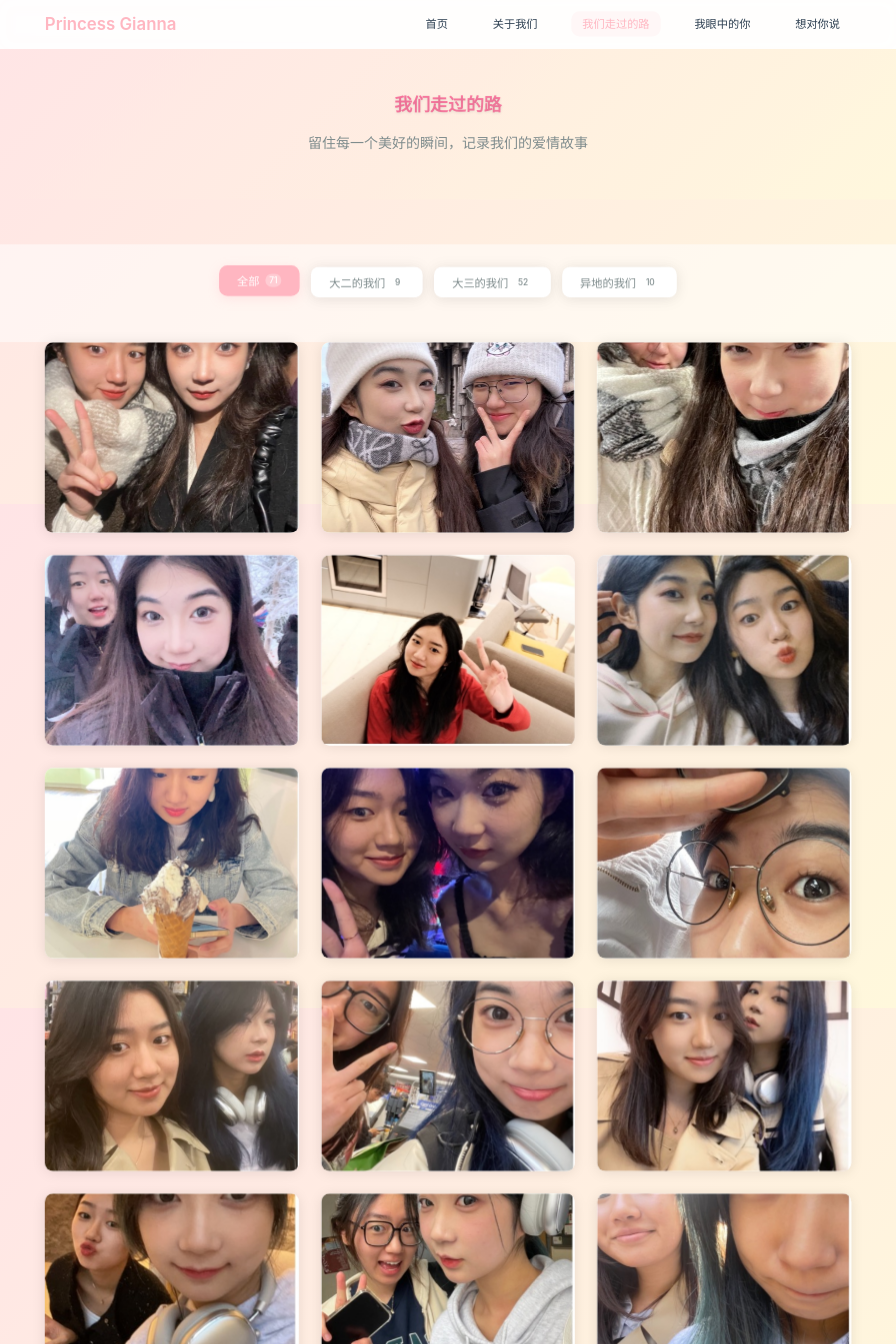
Repository: PrincessGianna/PrincessGianna.github.io
Page: pages/gallery.html
An editor plug-in stored every save of this project. The page is shown before and after the next save, followed by the edit.
The browser window is 1280 px wide. The pictures show the part of the page from y = 0 to 1920 px (the page is 7881 px tall), at 70% of full size.
Backgrounds fixed to the window are drawn as part of the page.

Above is the page before, as saved 2025-09-29 02:12:47.

### pages/gallery.html
<!DOCTYPE html>
<html lang="zh-CN">
  <head>
    <meta charset="UTF-8" />
    <meta name="viewport" content="width=device-width, initial-scale=1.0" />
    <title>我们走过的路 - 我们的故事</title>
    <link rel="stylesheet" href="../css/style.css" />
    <link rel="stylesheet" href="../css/components.css" />
    <link rel="stylesheet" href="../css/animations.css" />
  </head>
  <body>
    <!-- 顶部导航栏 -->
    <nav class="navbar">
      <div class="nav-container">
        <div class="nav-logo">
          <h3>Princess Gianna</h3>
        </div>
        <div class="nav-menu" id="nav-menu">
          <ul class="nav-list">
            <li class="nav-item">
              <a href="../index.html" class="nav-link">首页</a>
            </li>
            <li class="nav-item">
              <a href="about.html" class="nav-link">关于我们</a>
            </li>
            <li class="nav-item">
              <a href="gallery.html" class="nav-link active">我们走过的路</a>
            </li>
            <li class="nav-item">
              <a href="impression.html" class="nav-link">我眼中的你</a>
            </li>
            <li class="nav-item">
              <a href="message.html" class="nav-link">想对你说</a>
            </li>
          </ul>
        </div>
        <div class="nav-toggle" id="nav-toggle">
          <span class="bar"></span>
          <span class="bar"></span>
          <span class="bar"></span>
        </div>
      </div>
    </nav>

    <!-- 页面头部 -->
    <header class="page-header">
      <div class="header-content">
        <h1 class="page-title">我们走过的路</h1>
        <p class="page-subtitle">留住每一个美好的瞬间，记录我们的爱情故事</p>
      </div>
    </header>

    <!-- 筛选标签栏 -->
    <section class="filter-section">
      <div class="filter-container">
        <div class="filter-tabs">
          <button class="filter-tab active" data-filter="all">
            <span class="tab-text">全部</span>
            <span class="tab-count">71</span>
          </button>
          <button class="filter-tab" data-filter="sophomore">
            <span class="tab-text">大二的我们</span>
            <span class="tab-count">9</span>
          </button>
          <button class="filter-tab" data-filter="junior">
            <span class="tab-text">大三的我们</span>
            <span class="tab-count">52</span>
          </button>
          <button class="filter-tab" data-filter="longdistance">
            <span class="tab-text">异地的我们</span>
            <span class="tab-count">10</span>
          </button>
        </div>
      </div>
    </section>

    <!-- 照片网格容器 -->
    <main class="gallery-container">
      <div class="gallery-grid" id="gallery-grid">
        <!-- JavaScript将动态生成照片内容 -->
      </div>
    </main>

    <!-- 照片模态框 -->
    <div class="modal" id="photo-modal">
      <div class="modal-backdrop"></div>
      <div class="modal-content">
        <button class="modal-close" id="modal-close">
          <svg viewBox="0 0 24 24">
            <path
              d="M19 6.41L17.59 5 12 10.59 6.41 5 5 6.41 10.59 12 5 17.59 6.41 19 12 13.41 17.59 19 19 17.59 13.41 12z"
            />
          </svg>
        </button>

        <div class="modal-image-container">
          <img class="modal-image" id="modal-image" src="" alt="" />
          <div class="modal-nav">
            <button class="modal-nav-btn modal-prev" id="modal-prev">
              <svg viewBox="0 0 24 24">
                <path d="M15.41 7.41L14 6l-6 6 6 6 1.41-1.41L10.83 12z" />
              </svg>
            </button>
            <button class="modal-nav-btn modal-next" id="modal-next">
              <svg viewBox="0 0 24 24">
                <path d="M10 6L8.59 7.41 13.17 12l-4.58 4.59L10 18l6-6z" />
              </svg>
            </button>
          </div>
        </div>

        <div class="modal-info">
          <h3 class="modal-title" id="modal-title">标题</h3>
          <p class="modal-date" id="modal-date">日期</p>
          <p class="modal-description" id="modal-description">描述内容</p>
        </div>
      </div>
    </div>

    <!-- JavaScript 文件 -->
    <script src="../js/utils.js"></script>
    <script src="../js/animations.js"></script>
    <script src="../js/gallery_data.js"></script>
    <script src="../js/gallery.js"></script>
    <script src="../js/main.js"></script>
  </body>
</html>

### css/style.css
/* ===============================
   色彩系统与基础变量
   =============================== */
:root {
  /* 主色调 - 温暖粉色系 */
  --primary-pink: #ffb6c1;
  --primary-pink-light: #ffc0cb;
  --primary-pink-lighter: #ffe4e6;

  /* 辅助色 - 柔和黄色 */
  --accent-yellow: #fff8dc;
  --accent-yellow-bright: #ffeb3b;

  /* 中性色 */
  --text-dark: #2c3e50;
  --text-gray: #7f8c8d;
  --background-white: #ffffff;
  --background-light: #f8f9fa;

  /* 渐变背景 */
  --gradient-main: linear-gradient(135deg, #ffe4e6 0%, #fff8dc 100%);
  --gradient-card: linear-gradient(145deg, #ffffff 0%, #f8f9fa 100%);

  /* 阴影 */
  --shadow-soft: 0 2px 20px rgba(0, 0, 0, 0.1);
  --shadow-medium: 0 4px 15px rgba(255, 182, 193, 0.3);
  --shadow-strong: 0 8px 25px rgba(255, 182, 193, 0.4);

  /* 圆角 */
  --radius-small: 8px;
  --radius-medium: 12px;
  --radius-large: 16px;

  /* 字体 */
  --font-family: -apple-system, BlinkMacSystemFont, "Segoe UI", Roboto,
    "Helvetica Neue", Arial, "Noto Sans", sans-serif, "Apple Color Emoji",
    "Segoe UI Emoji", "Segoe UI Symbol", "Noto Color Emoji";
  --font-weight-normal: 400;
  --font-weight-medium: 500;
  --font-weight-semibold: 600;

  /* 行高 */
  --line-height-tight: 1.2;
  --line-height-normal: 1.6;

  /* 间距 */
  --spacing-xs: 0.5rem;
  --spacing-sm: 1rem;
  --spacing-md: 1.5rem;
  --spacing-lg: 2rem;
  --spacing-xl: 3rem;
  --spacing-2xl: 4rem;

  /* Z-index */
  --z-navigation: 1000;
  --z-modal: 2000;
  --z-loading: 3000;

  /* 过渡动画 */
  --transition-fast: 0.2s ease;
  --transition-normal: 0.3s ease;
  --transition-slow: 0.5s ease;
}

/* ===============================
   CSS 重置与基础样式
   =============================== */
*,
*::before,
*::after {
  box-sizing: border-box;
  margin: 0;
  padding: 0;
}

html {
  font-size: 16px;
  scroll-behavior: smooth;
}

body {
  font-family: var(--font-family);
  font-weight: var(--font-weight-normal);
  line-height: var(--line-height-normal);
  color: var(--text-dark);
  background: var(--gradient-main);
  background-attachment: fixed;
  overflow-x: hidden;
}

/* 字体样式 */
h1,
h2,
h3,
h4,
h5,
h6 {
  font-weight: var(--font-weight-semibold);
  line-height: var(--line-height-tight);
  margin-bottom: var(--spacing-sm);
}

h1 {
  font-size: 2.5rem;
}

h2 {
  font-size: 2rem;
}

h3 {
  font-size: 1.5rem;
}

h4 {
  font-size: 1.25rem;
}

h5 {
  font-size: 1.125rem;
}

h6 {
  font-size: 1rem;
}

p {
  margin-bottom: var(--spacing-sm);
}

a {
  color: var(--primary-pink);
  text-decoration: none;
  transition: var(--transition-normal);
}

a:hover {
  color: var(--primary-pink-light);
}

/* 图片样式 */
img {
  max-width: 100%;
  height: auto;
  display: block;
}

/* 按钮基础样式 */
button {
  font-family: inherit;
  font-size: inherit;
  border: none;
  background: none;
  cursor: pointer;
  transition: var(--transition-normal);
}

button:focus {
  outline: 2px solid var(--primary-pink);
  outline-offset: 2px;
}

/* 输入框基础样式 */
input,
textarea,
select {
  font-family: inherit;
  font-size: inherit;
  border: 1px solid #e1e5e9;
  border-radius: var(--radius-small);
  padding: var(--spacing-xs) var(--spacing-sm);
  transition: var(--transition-normal);
}

input:focus,
textarea:focus,
select:focus {
  outline: none;
  border-color: var(--primary-pink);
  box-shadow: 0 0 0 3px rgba(255, 182, 193, 0.1);
}

/* 列表样式 */
ul,
ol {
  list-style: none;
}

/* ===============================
   背景装饰系统
   =============================== */
.background-container {
  position: fixed;
  top: 0;
  left: 0;
  width: 100%;
  height: 100%;
  z-index: -1;
  overflow: hidden;
}

.background-image {
  position: absolute;
  top: 0;
  left: 0;
  width: 100%;
  height: 100%;
  background: var(--gradient-main);
  opacity: 0.9;
}

.background-particles,
.background-shapes {
  position: absolute;
  top: 0;
  left: 0;
  width: 100%;
  height: 100%;
  pointer-events: none;
}

/* ===============================
   导航栏样式
   =============================== */
.navbar {
  position: fixed;
  top: 0;
  left: 0;
  width: 100%;
  background: rgba(255, 255, 255, 0.95);
  backdrop-filter: blur(10px);
  z-index: var(--z-navigation);
  transition: var(--transition-normal);
}

.nav-container {
  max-width: 1200px;
  margin: 0 auto;
  padding: 0 var(--spacing-md);
  display: flex;
  align-items: center;
  justify-content: space-between;
  height: 70px;
}

.nav-logo h3 {
  color: var(--primary-pink);
  font-size: 1.5rem;
  font-weight: var(--font-weight-semibold);
  margin: 0;
}

.nav-menu {
  display: flex;
}

.nav-list {
  display: flex;
  align-items: center;
  gap: var(--spacing-lg);
}

.nav-link {
  color: var(--text-dark);
  font-weight: var(--font-weight-medium);
  padding: var(--spacing-xs) var(--spacing-sm);
  border-radius: var(--radius-medium);
  transition: var(--transition-normal);
  position: relative;
}

.nav-link:hover,
.nav-link.active {
  color: var(--primary-pink);
  background: rgba(255, 182, 193, 0.1);
}

.nav-toggle {
  display: none;
  flex-direction: column;
  cursor: pointer;
  gap: 4px;
}

.nav-toggle .bar {
  width: 25px;
  height: 3px;
  background: var(--text-dark);
  border-radius: 2px;
  transition: var(--transition-normal);
}

/* ===============================
   页面布局
   =============================== */
.page-header {
  padding: calc(70px + var(--spacing-2xl)) var(--spacing-md) var(--spacing-2xl);
  text-align: center;
  background: linear-gradient(
    135deg,
    rgba(255, 228, 230, 0.8) 0%,
    rgba(255, 248, 220, 0.8) 100%
  );
  margin-bottom: var(--spacing-2xl);
}

.header-content {
  max-width: 800px;
  margin: 0 auto;
}

.page-title {
  font-size: 3rem;
  color: var(--text-dark);
  margin-bottom: var(--spacing-sm);
  text-shadow: 0 2px 4px rgba(0, 0, 0, 0.1);
}

.page-subtitle {
  font-size: 1.25rem;
  color: var(--text-gray);
  font-weight: var(--font-weight-normal);
  margin: 0;
}

/* 主要内容容器 */
.container {
  max-width: 1200px;
  margin: 0 auto;
  padding: 0 var(--spacing-md);
}

/* ===============================
   Hero Section (首页)
   =============================== */
.hero-section {
  min-height: 100vh;
  display: flex;
  flex-direction: column;
  align-items: center;
  justify-content: center;
  text-align: center;
  padding: var(--spacing-2xl) var(--spacing-md);
  position: relative;
}

.hero-content {
  max-width: 800px;
  width: 100%;
}

.text-blocks {
  margin-bottom: var(--spacing-lg);
}

.text-blocks-top {
  margin-bottom: var(--spacing-xl);
}

.text-blocks-bottom {
  margin-bottom: var(--spacing-xl);
  margin-top: var(--spacing-xl);
}

.text-block {
  margin-bottom: var(--spacing-lg);
  opacity: 0;
  transform: translateY(30px);
}

.hero-title {
  font-size: 4rem;
  color: var(--text-dark);
  margin-bottom: var(--spacing-sm);
  text-shadow: 0 4px 8px rgba(0, 0, 0, 0.1);
}

.hero-subtitle {
  font-size: 1.5rem;
  color: var(--primary-pink);
  font-weight: var(--font-weight-medium);
  margin-bottom: var(--spacing-md);
}

.hero-text {
  font-size: 1.125rem;
  color: var(--text-gray);
  line-height: var(--line-height-normal);
  margin: var(--spacing-sm) 0;
}

.hero-button-container {
  margin-top: var(--spacing-xl);
  margin-bottom: var(--spacing-lg);
  opacity: 0;
  transform: translateY(30px);
}

/* ===============================
   响应式设计
   =============================== */
@media (max-width: 1200px) {
  .container {
    padding: 0 var(--spacing-lg);
  }
}

@media (max-width: 992px) {
  .nav-menu {
    position: fixed;
    top: 70px;
    left: 0;
    width: 100%;
    background: rgba(255, 255, 255, 0.98);
    backdrop-filter: blur(10px);
    padding: var(--spacing-lg);
    transform: translateY(-100%);
    transition: var(--transition-normal);
    visibility: hidden;
    opacity: 0;
  }

  .nav-menu.active {
    transform: translateY(0);
    visibility: visible;
    opacity: 1;
  }

  .nav-list {
    flex-direction: column;
    gap: var(--spacing-md);
  }

  .nav-toggle {
    display: flex;
  }

  .nav-toggle.active .bar:nth-child(1) {
    transform: rotate(45deg) translate(5px, 5px);
  }

  .nav-toggle.active .bar:nth-child(2) {
    opacity: 0;
  }

  .nav-toggle.active .bar:nth-child(3) {
    transform: rotate(-45deg) translate(7px, -6px);
  }

  .hero-title {
    font-size: 3rem;
  }

  .page-title {
    font-size: 2.5rem;
  }
}

@media (max-width: 768px) {
  .container,
  .nav-container {
    padding: 0 var(--spacing-sm);
  }

  .hero-title {
    font-size: 2.5rem;
  }

  .page-title {
    font-size: 2rem;
  }

  .hero-subtitle {
    font-size: 1.25rem;
  }

  .hero-text {
    font-size: 1rem;
  }
}

@media (max-width: 576px) {
  .hero-title {
    font-size: 2rem;
  }

  .page-title {
    font-size: 1.75rem;
  }

  .hero-subtitle {
    font-size: 1.125rem;
  }

  .page-header {
    padding: calc(70px + var(--spacing-lg)) var(--spacing-sm) var(--spacing-lg);
  }
}

/* ===============================
   工具类
   =============================== */
.text-center {
  text-align: center;
}

.text-left {
  text-align: left;
}

.text-right {
  text-align: right;
}

.d-none {
  display: none;
}

.d-block {
  display: block;
}

.d-flex {
  display: flex;
}

.justify-center {
  justify-content: center;
}

.align-center {
  align-items: center;
}

.w-full {
  width: 100%;
}

.h-full {
  height: 100%;
}

.relative {
  position: relative;
}

.absolute {
  position: absolute;
}

.fixed {
  position: fixed;
}

/* ===============================
   可访问性
   =============================== */
@media (prefers-reduced-motion: reduce) {
  *,
  *::before,
  *::after {
    animation-duration: 0.01ms !important;
    animation-iteration-count: 1 !important;
    transition-duration: 0.01ms !important;
  }

  .scroll-arrow {
    animation: none;
  }
}

/* 焦点可见性 */
.sr-only {
  position: absolute;
  width: 1px;
  height: 1px;
  padding: 0;
  margin: -1px;
  overflow: hidden;
  clip: rect(0, 0, 0, 0);
  white-space: nowrap;
  border: 0;
}

/* ===============================
   生日祝福横幅样式
   =============================== */
.birthday-banner {
  margin: var(--spacing-lg) 0;
  text-align: center;
  opacity: 0;
  transform: translateY(30px);
  padding: var(--spacing-lg);
  transition: opacity 0.6s ease, transform 0.6s ease;
  display: flex;
  align-items: center;
  justify-content: center;
  min-height: 200px;
}

.birthday-banner.animate {
  opacity: 1;
  transform: translateY(0);
}

.birthday-text {
  font-size: 6rem;
  font-weight: var(--font-weight-bold);
  color: var(--primary-pink);
  text-shadow: 0 0 20px rgba(255, 182, 193, 0.9),
    0 0 40px rgba(255, 182, 193, 0.7), 0 0 60px rgba(255, 182, 193, 0.5);
  animation: birthdayGlow 3s ease-in-out infinite,
    gradientShift 4s ease-in-out infinite;
  margin: 0;
  letter-spacing: 4px;
  text-transform: uppercase;
  background: linear-gradient(
    45deg,
    var(--primary-pink),
    var(--accent-yellow-bright),
    var(--primary-pink-light)
  );
  background-size: 200% 200%;
  -webkit-background-clip: text;
  -webkit-text-fill-color: transparent;
  background-clip: text;
}

@media (max-width: 768px) {
  .birthday-text {
    font-size: 4rem;
    letter-spacing: 3px;
  }
}

@media (max-width: 576px) {
  .birthday-text {
    font-size: 3rem;
    letter-spacing: 2px;
  }
}

/* ===============================
   动画关键帧
   =============================== */
@keyframes gradientShift {
  0% {
    background-position: 0% 50%;
  }
  50% {
    background-position: 100% 50%;
  }
  100% {
    background-position: 0% 50%;
  }
}

@keyframes birthdayGlow {
  0%,
  100% {
    text-shadow: 0 0 10px rgba(255, 182, 193, 0.8),
      0 0 20px rgba(255, 182, 193, 0.6), 0 0 30px rgba(255, 182, 193, 0.4);
    transform: scale(1);
  }
  50% {
    text-shadow: 0 0 20px rgba(255, 182, 193, 1),
      0 0 30px rgba(255, 182, 193, 0.8), 0 0 40px rgba(255, 182, 193, 0.6),
      0 0 50px rgba(255, 182, 193, 0.4);
    transform: scale(1.05);
  }
}

@keyframes bounce {
  0%,
  20%,
  50%,
  80%,
  100% {
    transform: translateY(0) rotate(45deg);
  }
  40% {
    transform: translateY(-5px) rotate(45deg);
  }
  60% {
    transform: translateY(-3px) rotate(45deg);
  }
}

@keyframes fadeInUp {
  from {
    opacity: 0;
    transform: translateY(30px);
  }
  to {
    opacity: 1;
    transform: translateY(0);
  }
}

@keyframes fadeIn {
  from {
    opacity: 0;
  }
  to {
    opacity: 1;
  }
}

@keyframes slideInLeft {
  from {
    opacity: 0;
    transform: translateX(-50px);
  }
  to {
    opacity: 1;
    transform: translateX(0);
  }
}

@keyframes slideInRight {
  from {
    opacity: 0;
    transform: translateX(50px);
  }
  to {
    opacity: 1;
    transform: translateX(0);
  }
}

Loaded but not shown: js/gallery.js (1303 lines, source omitted); js/animations.js (892 lines, source omitted); js/main.js (714 lines, source omitted); js/music.js (487 lines, source omitted); js/utils.js (665 lines, source omitted); js/gallery_data.js (579 lines, source omitted); css/components.css (3293 lines, source omitted); css/animations.css (913 lines, source omitted)

After the next save:
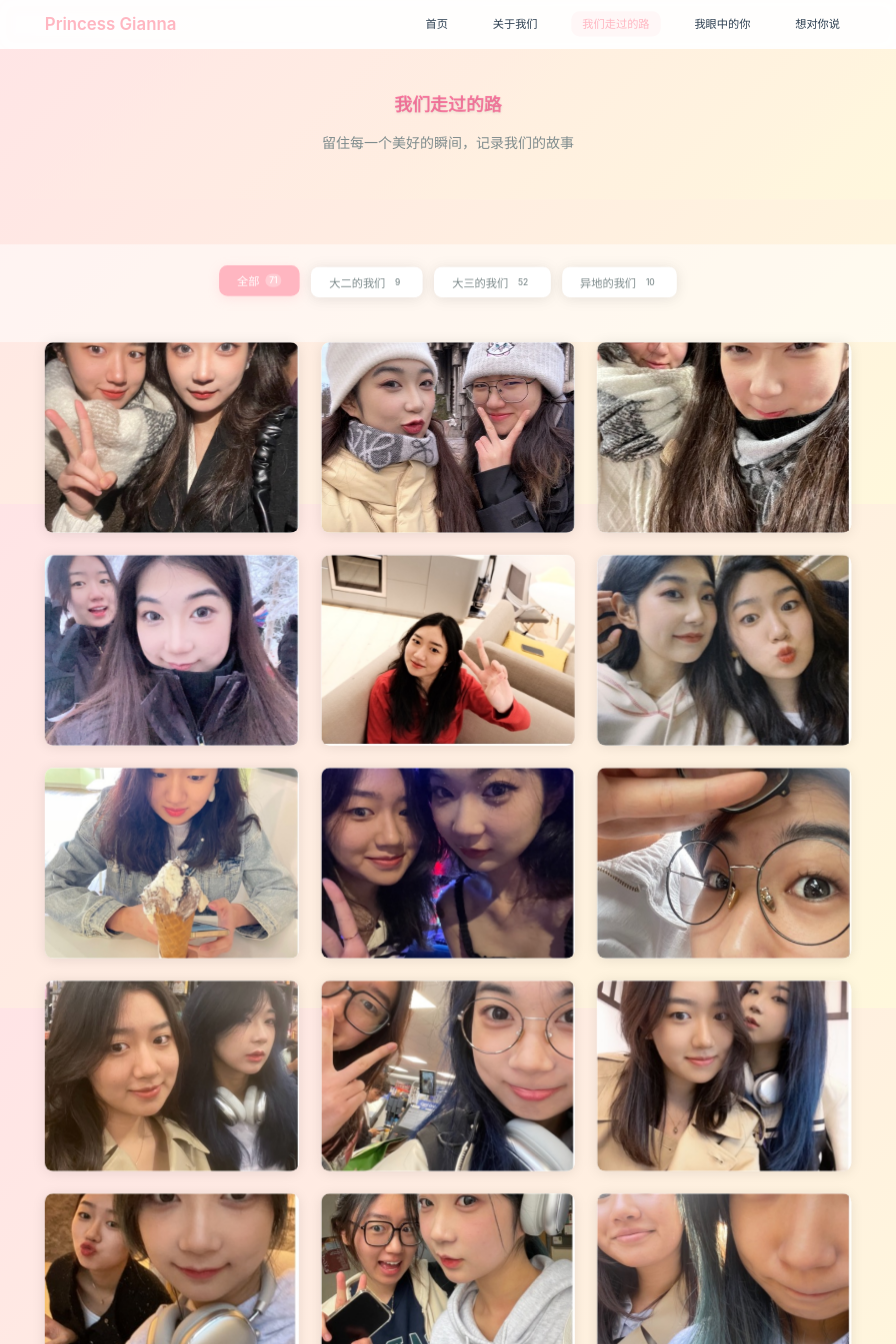
Saved 7 h 35 min later.
--- a/pages/gallery.html
+++ b/pages/gallery.html
@@ -46,7 +46,7 @@
     <header class="page-header">
       <div class="header-content">
         <h1 class="page-title">我们走过的路</h1>
-        <p class="page-subtitle">留住每一个美好的瞬间，记录我们的爱情故事</p>
+        <p class="page-subtitle">留住每一个美好的瞬间，记录我们的故事</p>
       </div>
     </header>
 
@@ -118,6 +118,7 @@
     </div>
 
     <!-- JavaScript 文件 -->
+    <script src="../js/music.js"></script>
     <script src="../js/utils.js"></script>
     <script src="../js/animations.js"></script>
     <script src="../js/gallery_data.js"></script>
